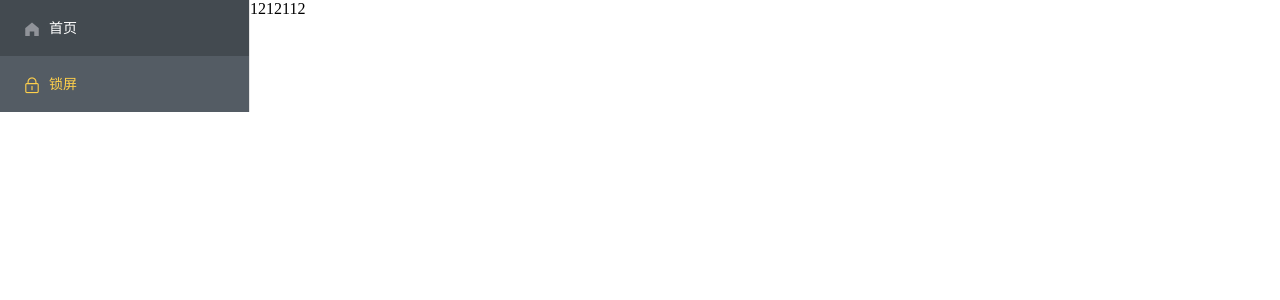
Repository: wujingwenwu/-vue-2.0
Page: /lockScreen
An editor plug-in stored every save of this project. The page is shown before and after the next save, followed by the edit.
The browser window is 1280 px wide. The pictures show the whole page.
The project was rebuilt for these pictures with package versions that can differ from the ones it lists, and the page was loaded fresh each time. Also part of the build but not shown: src/views/Home.vue.

Above is the page before, as saved 2020-09-30 10:40:28.

### src/main.js
import Vue from "vue";
import App from "./App.vue";
import router from "./router";
import store from "./store";
import ElementUI from 'element-ui';
import 'element-ui/lib/theme-chalk/index.css';
import  "./globalComponents"
Vue.config.productionTip = false;
Vue.use(ElementUI);
new Vue({
  router,
  store,
  render: h => h(App)
}).$mount("#app");

### src/App.vue
<template>
  <div id="app">

    <router-view />
  </div>
</template>

<style lang="scss">
@import "./style/demo";
*{
  margin: 0;
  padding: 0;
}
</style>

### src/router/index.js
import Vue from "vue";
import VueRouter from "vue-router";
import Home from "../views/Home.vue";
import Layout from "../views/layout/layout"
Vue.use(VueRouter);

const routes = [
  {
    path: "/home",
    name: "",
    component: Home
  },
  {
    path: "",
    component: Layout,
    children:[
      {
        path: "/",
        name: "Home",
        component: Home
      },
      {
        path: "/lockScreen",
        name: "LockScreen",
        component: () =>
          import("../views/lockScreen/LockScreen")
      },
    ]
  },
  {
    path: "/about",
    name: "About",
    component: () =>
      import("../views/About.vue")
  },
];

const router = new VueRouter({
  mode: "history",
  base: process.env.BASE_URL,
  routes
});

export default router;

### src/globalComponents/index.js
import Vue from 'vue'

import WLockScreen from '../components/w-lockScreen/w-lockScreen'


Vue.component('wLockScreen', WLockScreen)

### src/style/demo.scss
.d-f{
    display: flex;
    /* 弹性盒模型 */
}
.f-s-12{
    font-size: 12px;
    /* 字体大小为12px */
}
.f-s-14{
    font-size: 14px;
    /* 字体大小为14px */
}
.f-s-16{
    font-size: 16px;
    /* 字体大小为16px */
}
.f-w{
    font-weight: 700;
    /*字体 加粗 */
}
.f-c-ho{
    color: #f00;
    /* 红色 */
}
.f-c-hu{
    color: #ccc;
    /* 灰色 */
}
.f-c-b{
    color: #ffffff;
    /* 白色 */
}
.f-c-he{
    color: #000;
    /* 黑色 */
}
.t-a-l{
    text-align: left;
    /* 文本左对齐 */
}
.t-a-c{
    text-align: center;
    /* 文本居中 */
}
.t-a-r{
    text-align: right;
    /* 文本右对齐 */
}
.t-d-u{
    text-decoration: underline;
    /* 装饰在文本底部 */
}
.t-d-o{
    text-decoration: overline;
    /* 装饰在顶部 */
}
.t-d-l-t{
    text-decoration: line-through;
    /* 装饰在文本中间 */
}
.d-i{
    display: inline;
    /* 块级元素装换成行内元素 */
}
.d-i-b{
    display: inline-block;
    /* 块级元素装换成行内块元素 */
}
.d-b{
    display: block;
    /* 行内和行内块元素装换成块级元素 */
}
.d-n{
    display: none;
    /* 隐藏元素 */
}
.p-r{
    position: relative;
    /* 相对定位 */
}
.p-a{
    position: absolute;
    /* 绝对定位 */
}
.p-f{
    position: fixed;
    /* 固定定位 */
}
.b-r-50{
    border-radius: 50%;
    /* 圆角为50% */
}
.j-c-s-a{
    justify-content: space-around;
   /* 两边的子元素距离父元素的两边有间距，然后中间距离自动等分 */
}
.j-c-s-b{
    justify-content: space-between;
    /* 两边的子元素距离父元素没有间距，然后中间距离自动等分 */

}
.j-c-c{
    justify-content: center;
     /* 所有的子元素相当于父元素水平居中 */
}
.a-i-c{
    align-items: center;
    /* （竖轴排列方式）子元素相当于父元素垂直方向居中 */
}
.f-d-c{
    flex-direction: column;
    /* 弹性盒模型的竖项排列方式 */
}
*{
  margin: 0;
  padding: 0;
  /* 清除游览器的痕迹 */
}
.conter{
    display: flex;
    justify-content: center;
    /* 弹性盒模型，所有的文本在页面的中间 */
}
.warp{
   width: 1280px;
   /* 宽度为1280px，基本上不会超过1400px */
}
.o-h{
    overflow: hidden;
    /* 超出部分隐藏 */
}
.w-o-t{
    white-space: nowrap;
    overflow: hidden;
    text-overflow: ellipsis;
    /* 超出部分隐藏（只限字体） */
}
.d-n{
    display: none;
    /* 不占位置 */
}
.v-h{
    visibility: hidden;
    /* 占位置 */
}
.f-w-w{
    flex-wrap: wrap;
    /* 换行 */
}
.w-s-n{
    white-space: nowrap;
    /* 内容不换行 */
}
.m-t-20{
    margin-top: 20px;
    /* 向下20 */
}
.m-l-20{
    margin-left: 20px;

}
.m-t-10{
    margin-top: 10px;
}
.m-l-10{
    margin-left: 10px;
}
.b-c-hong{
    background-color: red;
}
.b-c-hei{
    background-color: black;
}
.b-c-bai{
    background-color: #ffffff;
}
.b-c-hui{
    background-color: #ccc;
}
.b-1-s-hong{
    border: 1px solid red;
}
.b-1-d-hong{
    border: 1px dashed red;
}
.b-1-s-bai{
    border: 1px solid #ffffff;
}
.b-1-d-bai{
    border: 1px dashed #ffffff;
}
.b-1-s-hei{
    border: 1px solid black;
}
.b-1-d-hei{
    border: 1px dashed black;
}
.b-1-s-hui{
    border: 1px solid #ccc;
}
.b-1-d-hui{
    border: 1px dashed #ccc;
}
.b-l-n{
    border-left: none;
    /* 左边框隐藏 */
}
.b-t-n{
    border-top: none;
}
.b-r-n{
    border-right: none;
}
.b-b-n{
    border-bottom: none;
}
.m-t-15{
    margin-top: 15px;
}
.m-t-30{
    margin-top: 30px;
}
.m-t-5{
    margin-top: 5px;
}
.b-none{
    border: none;
}
.f-s-18{
    font-size: 18px;
}
.m-l--10{
    margin-left: -10px;
}
.m-l-40{
    margin-left: 40px;
}
.o-n{
    outline: none;
    /* 隐藏边框 */
}

### src/views/layout/layout.vue
<template>
 <div >
  <div class="d-f">
     <div class="commit">
      <el-menu
      :default-active="$route.path"
      class="el-menu-vertical-demo"
      background-color="#545c64"
      text-color="#fff"
      active-text-color="#ffd04b" v-for="item in arr" :key="item.path">
      <el-menu-item   :index="item.path" @click="select(item.path)">
        <i :class="item.icon"></i>
        <span slot="title">{{item.name}}</span>
      </el-menu-item>
    </el-menu>
     </div>
    <router-view></router-view>
  </div>
 </div>
</template>

<script>
 export default {
   data () {
     return {
       arr:[
        {icon:"el-icon-s-home",name:"首页",path:'/'},
        {icon:"el-icon-lock",name:"锁屏",path:'/lockScreen'},

       ]
     }
   },
   components: {

   },
   methods: {
   select(path){
     console.log(path);
     this.$router.push(path)
   },
   },
   mounted() {

   },
   watch: {

   },
   computed: {

   }
 }
</script>

<style scoped lang='scss'>
.commit{
    width: 250px;
}
</style>

### src/views/lockScreen/LockScreen.vue
<template>
 <div>

 <wLockScreen :dialogVisible.sync="dialogVisible" @screen="screen">
 <template v-slot:footer>1212112</template>
 </wLockScreen>
 </div>
</template>

<script>
 export default {
   data () {
     return {
     dialogVisible: false,

     }
   },
   components: {

   },
   methods: {
     screen(){
       this.dialogVisible=true

     }
   },
   mounted() {

   },
   watch: {

   },
   computed: {

   }
 }
</script>

<style scoped lang='scss'>
.img{
  width: 70px;
  height: 70px;
}
</style>

### src/components/w-lockScreen/w-lockScreen.vue
<template>
 <div>
 <slot name="footer" v-if="$slots.footer"></slot>
<el-button type="primary" @click="screen" v-else>点击锁屏</el-button>
 <el-dialog
  title="提示"
  :visible.sync="dialogVisible"
  width="30%"
  :before-close="handleClose">
  <span>这是一段信息</span>
  <span slot="footer" class="dialog-footer">
    <el-button @click="dialogVisible = false">取 消</el-button>
    <el-button type="primary" @click="dialogVisible = false">确 定</el-button>
  </span>
</el-dialog>
 </div>
</template>

<script>
 export default {
     props:{
       dialogVisible:{
           type: Boolean,
       },
     },
   data () {
     return {

     }
   },
   components: {

   },
   methods: {
      handleClose(done) {
        this.$confirm('确认关闭？')
          .then((res) => {
            done();
            console.log(res);
          })
          .catch((err) => {
              console.log(err);
          });
      },
      screen(){
       this.$emit("screen",this.dialogVisible)
      },
   },
   mounted() {


   },
   watch: {

   },
   computed: {

   }
 }
</script>

<style scoped lang='scss'>

</style>

Loaded but not shown: public/index.html (common file); src/store/index.js (common file)

After the next save:
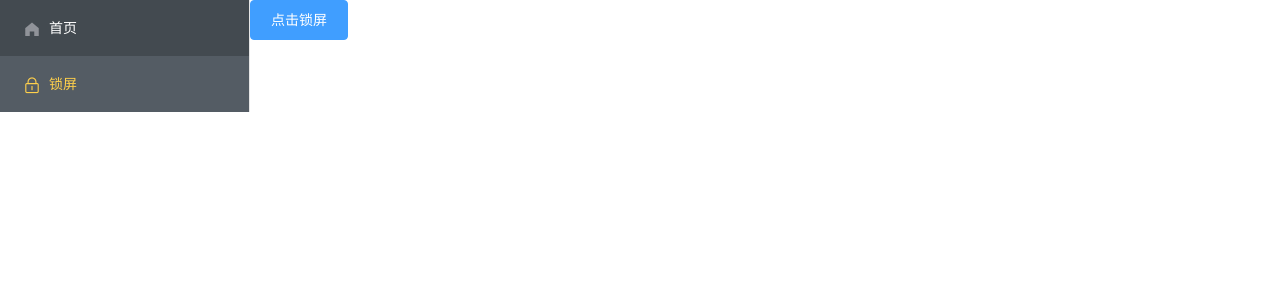
Saved 38 s later.
--- a/src/views/lockScreen/LockScreen.vue
+++ b/src/views/lockScreen/LockScreen.vue
@@ -2,7 +2,7 @@
  <div>
 
  <wLockScreen :dialogVisible.sync="dialogVisible" @screen="screen">
- <template v-slot:footer>1212112</template>
+ <!--<template v-slot:footer>1212112</template>-->
  </wLockScreen>
  </div>
 </template>
